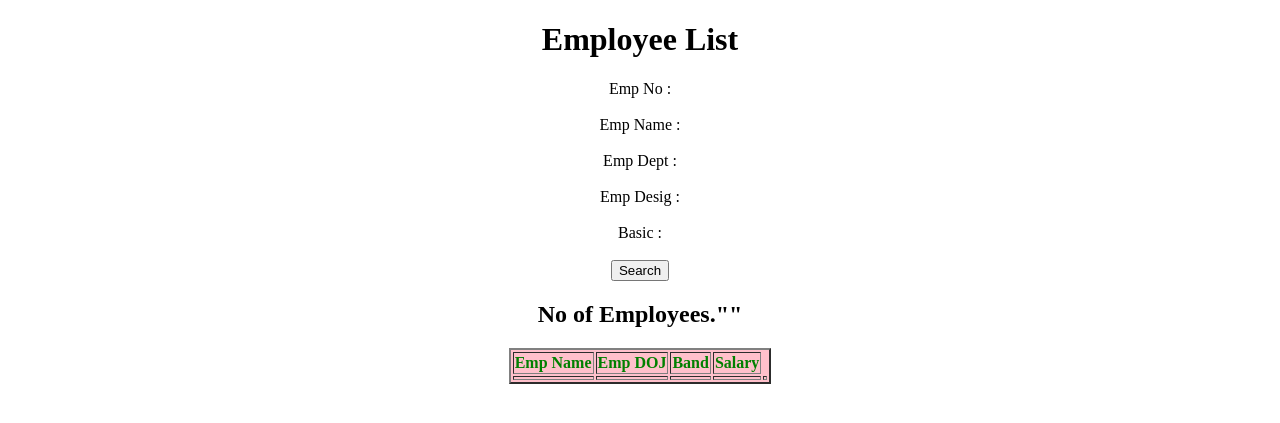
Repository: 1919satya/documents1-2
Page: http://localhost/springData/WEB-INF/views/home.jsp
The author's editor kept a copy of each file at every save. The page is drawn from the files as they stood at one save, then again after the next save.
The browser window is 1280 px wide. The pictures show the whole page.
The page is served by Tomcat 9. Nobody is signed in. Other server files are loaded and not shown. The template is opened directly, without the code that normally fills it, so the values that code supplies are empty.

Above is the page before, as saved 2019-10-15 07:24:17.

### AdvanceSpring/springData/src/main/webapp/WEB-INF/views/home.jsp
<%@page contentType="text/html" pageEncoding="UTF-8"%>
<!DOCTYPE html>
<html>
<head>
<meta http-equiv="Content-Type" content="text/html; charset=ISO-8859-1">
<title>Insert title here</title>
</head>
<body>
	<div align="center">
		<h1>Employee List</h1>
		<form:form action="searchEmploy" method="POST"
			modelAttribute="searchEmploy">
 Emp No :
  <form:input path="empno" />
			<br />
			<br />
  Emp Name :
  <form:input path="name" />
			<br />
			<br />
  Emp Dept :
  <form:input path="dept" />
			<br />
			<br />
  Emp Desig :
  <form:input path="desig" />
			<br />
			<br />
  Basic :
  <form:input path="basic" value="0.0" />
			<br />
			<br />
			<input type="submit" value="Search" />
		</form:form>
		<h2>No of Employees."${listEmploy.size()}"</h2>
		<table border=2, bgcolor="pink">

			<th style="color: green">Emp Name</th>
			<th style="color: green">Emp DOJ</th>
			<th style="color: green">Band</th>
			<th style="color: green">Salary</th>

			<c:forEach var="emp" items="${listEmploy}">
				<tr>
                    <td>${emp.empno}</td>
					<td>${emp.name}</td>
					<td>${emp.dept}</td>
					<td>${emp.desig}</td>
					<td>${emp.basic}</td>
				</tr>
			</c:forEach>
		</table>
	</div>

</body>
</html>

After the next save:
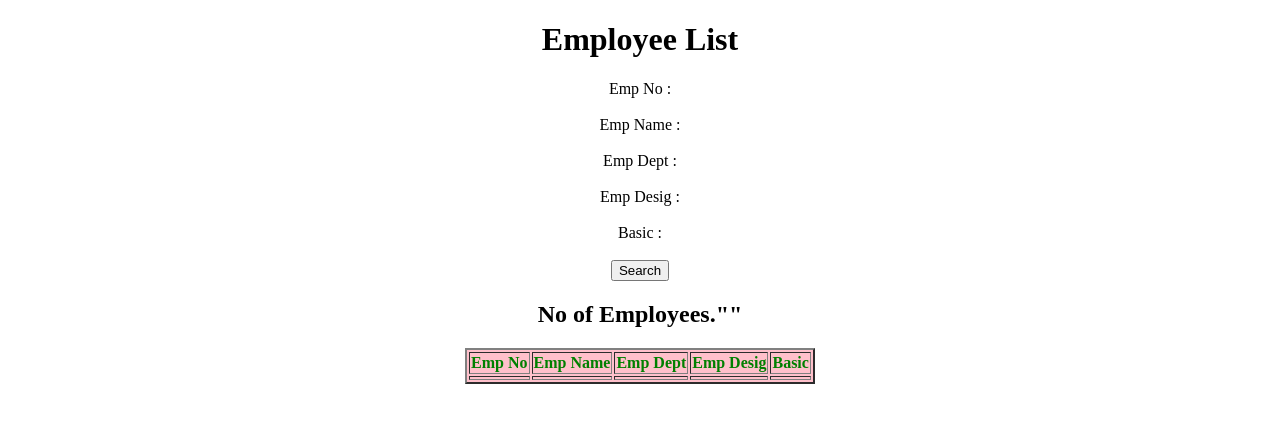
Saved 3 min 34 s later.
--- a/AdvanceSpring/springData/src/main/webapp/WEB-INF/views/home.jsp
+++ b/AdvanceSpring/springData/src/main/webapp/WEB-INF/views/home.jsp
@@ -35,10 +35,11 @@
 		<h2>No of Employees."${listEmploy.size()}"</h2>
 		<table border=2, bgcolor="pink">
 
+            <th style="color: green">Emp No</th>
 			<th style="color: green">Emp Name</th>
-			<th style="color: green">Emp DOJ</th>
-			<th style="color: green">Band</th>
-			<th style="color: green">Salary</th>
+			<th style="color: green">Emp Dept</th>
+			<th style="color: green">Emp Desig</th>
+			<th style="color: green">Basic</th>
 
 			<c:forEach var="emp" items="${listEmploy}">
 				<tr>
